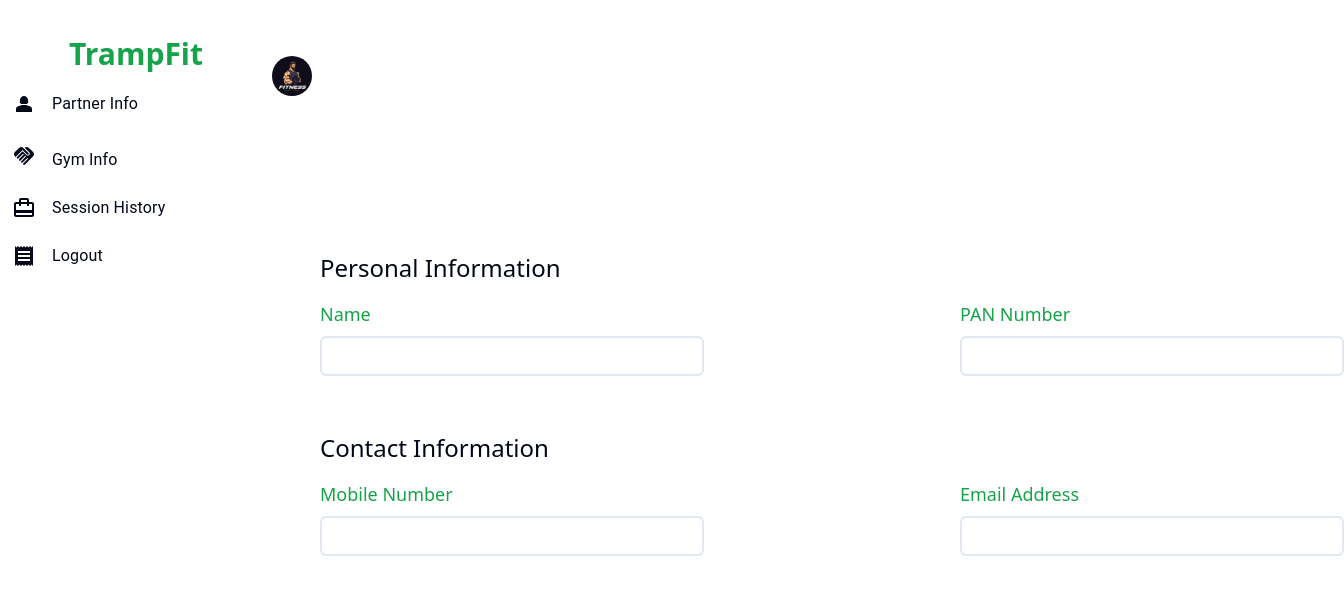
Repository: ezioxatul/TrampFit-Website
Page: /partner/partnerDashboard/partnerInfo (app in Frontend/)
The author's editor kept a copy of each file at every save. The page is drawn from the files as they stood at one save, then again after a run of saves.
The browser window is 1280 px wide. The page is 1344 px wide, so the pictures cover 1344 px, including what lies to the right of the window. The pictures show the whole page.
The project was rebuilt for these pictures with package versions that can differ from the ones it lists, and the page was loaded fresh each time. The framework's server and built-in components were replaced by stand-ins that run in the browser. Also part of the build but not shown: Frontend/next.config.js, Frontend/next.config.mjs, Frontend/components/Loader.js, Frontend/components/Popup.js.

Above is the page before, as saved 2024-05-16 18:12:28.

### Frontend/pages/_app.js
import Loader from "@/components/Loader";
import "@/styles/globals.css";
import { useRouter } from "next/router";
import { useEffect, useState } from "react";


const Loading = () => {

  return (
    <Loader/>
  );
}

export default function App({ Component, pageProps }) {

  const [loading, setLoading] = useState(false);
  const router = useRouter();

  useEffect(() => {
    const handleStart = () => setLoading(true);
    const handleComplete = () => setLoading(false);

    router.events.on('routeChangeStart', handleStart);
    router.events.on('routeChangeComplete', handleComplete);
    router.events.on('routeChangeError', handleComplete);

    return () => {
      router.events.off('routeChangeStart', handleStart);
      router.events.off('routeChangeComplete', handleComplete);
      router.events.off('routeChangeError', handleComplete);
    };
  }, []);

  return (
    <>
    <div className="h-2">
      {
        loading  &&
          <Loading />

      }
      </div>
          <Component {...pageProps} />

    </>
  );
}

### Frontend/pages/_document.js
import { Html, Head, Main, NextScript } from "next/document";

export default function Document() {
  return (
    <Html lang="en">
          <Head />
          <body>
            <Main />
            <NextScript />
          </body>
        </Html>
        );
}

### Frontend/pages/partner/partnerDashboard/partnerInfo.js
import PartnerSideBar from "@/components/PartnerSideBar";
import { Avatar } from "@mui/material";
import { Input } from "@/components/ui/input";
import Image from "next/image";
import { Label } from "@/components/ui/label";
import { useEffect, useState } from "react";
import { useRouter } from "next/router";
import { ToastContainer, toast } from "react-toastify";

export default function partnerInfo() {
    const inputClassName = "w-96 text-lg border-2";
    const labelClassName = "text-lg text-green-600 font-normal";
    const containerClassName = "ml-80";

    return (
        <>
            <div className="flex flex-col">
                <div className="flex">
                    <PartnerSideBar />
                    <div>

                        <Avatar className="w-36 mx-auto mt-12 h-36 text-6xl bg-black" src="/gymname.png" />
                    </div>
                </div>
                <div className=" mt-[-5rem]">
                    <h1 className={`${containerClassName} text-2xl mb-4`}>Personal Information</h1>
                    <div className={`${containerClassName} flex mb-10`}>
                        <div className="mr-32 space-y-2">
                            <Label htmlFor="name" className={labelClassName}>
                                Name
                            </Label>
                            <Input type="text" className={inputClassName} />
                        </div>
                        <div className="ml-32 space-y-2">
                            <Label htmlFor="panNumber" className={labelClassName}>
                                PAN Number
                            </Label>
                            <Input type="text" className={inputClassName} />
                        </div>
                    </div>
                </div>
                <div>
                    <h1 className={`${containerClassName} text-2xl mb-4 mt-4`}>Contact Information</h1>
                    <div className={`${containerClassName} flex mb-10`}>
                        <div className="mr-32 space-y-2">
                            <Label htmlFor="name" className={labelClassName}>
                                Mobile Number
                            </Label>
                            <Input type="text" className={inputClassName} />
                        </div>
                        <div className="ml-32 space-y-2 mb-10">
                            <Label htmlFor="city" className={labelClassName}>
                                Email Address
                            </Label>
                            <Input type="text" className={inputClassName} />
                        </div>
                        <ToastContainer />
                    </div>
                </div>
            </div>
        </>
    );
}

### Frontend/styles/globals.css
@tailwind base;
@tailwind components;
@tailwind utilities;


@layer base {
  :root {
    --background: 0 0% 100%;
    --foreground: 222.2 84% 4.9%;

    --card: 0 0% 100%;
    --card-foreground: 222.2 84% 4.9%;

    --popover: 0 0% 100%;
    --popover-foreground: 222.2 84% 4.9%;

    --primary: 222.2 47.4% 11.2%;
    --primary-foreground: 210 40% 98%;

    --secondary: 210 40% 96.1%;
    --secondary-foreground: 222.2 47.4% 11.2%;

    --muted: 210 40% 96.1%;
    --muted-foreground: 215.4 16.3% 46.9%;

    --accent: 210 40% 96.1%;
    --accent-foreground: 222.2 47.4% 11.2%;

    --destructive: 0 84.2% 60.2%;
    --destructive-foreground: 210 40% 98%;

    --border: 214.3 31.8% 91.4%;
    --input: 214.3 31.8% 91.4%;
    --ring: 222.2 84% 4.9%;

    --radius: 0.5rem;
  }

  .dark {
    --background: 222.2 84% 4.9%;
    --foreground: 210 40% 98%;

    --card: 222.2 84% 4.9%;
    --card-foreground: 210 40% 98%;

    --popover: 222.2 84% 4.9%;
    --popover-foreground: 210 40% 98%;

    --primary: 210 40% 98%;
    --primary-foreground: 222.2 47.4% 11.2%;

    --secondary: 217.2 32.6% 17.5%;
    --secondary-foreground: 210 40% 98%;

    --muted: 217.2 32.6% 17.5%;
    --muted-foreground: 215 20.2% 65.1%;

    --accent: 217.2 32.6% 17.5%;
    --accent-foreground: 210 40% 98%;

    --destructive: 0 62.8% 30.6%;
    --destructive-foreground: 210 40% 98%;

    --border: 217.2 32.6% 17.5%;
    --input: 217.2 32.6% 17.5%;
    --ring: 212.7 26.8% 83.9%;
  }
}

@layer base {
  * {
    @apply border-border;
  }
  body {
    @apply bg-background text-foreground;
  }
}


.outline_remove:focus{


}
.focus-visible\:ring-offset-2:focus-visible{
  border:none !important;
  outline: none !important;
  border-style: none;
}

### Frontend/components/PartnerSideBar.js
import List from '@mui/material/List';
import ListItemButton from '@mui/material/ListItemButton';
import ListItemText from '@mui/material/ListItemText';
import Person2Icon from '@mui/icons-material/Person2';
import HandshakeIcon from '@mui/icons-material/Handshake';
import CardTravelIcon from '@mui/icons-material/CardTravel';
import ReceiptIcon from '@mui/icons-material/Receipt';
import LogoutIcon from '@mui/icons-material/Logout';

import { useState } from 'react';
import Link from 'next/link';
import Popup from './Popup';
import { useRouter } from 'next/router';

export default function PartnerSideBar() {

    let SideBarHeading = ['Partner Info', 'Gym Info', 'Session History', 'Logout'];

    let router = useRouter();
    let [start, setStart] = useState(false);

    const logout = () => {
        setStart(!start);
    }


    const logoutEvent = () => {
        localStorage.removeItem('partnerToken');
        setStart(false);
        router.push('/partner/partnerLogin')
    }
    return (
        <>
            <div className=" w-72  m-[-8px] p-1  mb-10">
                <Link href="#"><h1 className=' text-green-600 text-3xl font-semibold text-center mt-8 cursor-pointer'>TrampFit</h1></Link>

                <List className='bg-white mt-8 ml-6 space-y-2'>
                    {
                        SideBarHeading.map((text, index) => {
                            return (
                                index === 1 ?
                                    <>

                                        <ListItemButton className=' space-x-4 flex justify-between hover:bg-green-100 hover:rounded-2xl hover:text-green-600'>
                                            <Link href="/partner/partnerDashboard/gymInfo" className='flex space-x-4 '>
                                                <HandshakeIcon className='text-2xl' />
                                                <ListItemText primary={text} />
                                            </Link>
                                        </ListItemButton>

                                    </> :
                                    index === 0 ?
                                        <Link href="/partner/partnerDashboard/partnerInfo">
                                            <ListItemButton className=' space-x-4 hover:bg-green-100 hover:rounded-2xl hover:text-green-600'>
                                                <Person2Icon className='text-2xl' />
                                                <ListItemText primary={text} />
                                            </ListItemButton>
                                        </Link> :
                                        index === 2 ?
                                            <Link href="#">
                                                <ListItemButton className=' space-x-4 hover:bg-green-100 hover:rounded-2xl hover:text-green-600'>
                                                    <CardTravelIcon className='text-2xl' />
                                                    <ListItemText primary={text} />
                                                </ListItemButton>
                                            </Link> :
                                            index === 3 ?
                                                <Link href="#">
                                                    <ListItemButton className=' space-x-4 hover:bg-green-100 hover:rounded-2xl hover:text-green-600'>
                                                        <ReceiptIcon className='text-2xl' />
                                                        <ListItemText primary={text} />
                                                    </ListItemButton>
                                                </Link> :
                                                <ListItemButton className=' space-x-4 hover:bg-green-100 hover:rounded-2xl hover:text-green-600' onClick={logout}>
                                                    <LogoutIcon className='text-2xl' />
                                                    <ListItemText primary={text} />
                                                    <Popup open={start} title={"Do you Really want to Logout?"} cancel="Cancel" logout="Logout" logoutEvent={logoutEvent} cancelEvent={logout} />
                                                </ListItemButton>
                            )
                        })
                    }
                </List>
            </div>
        </>
    );
}

### Frontend/tailwind.config.js
/** @type {import('tailwindcss').Config} */
module.exports = {
  darkMode: ["class"],
  content: [
    './pages/**/*.{js,jsx}',
    './components/**/*.{js,jsx}',
    './app/**/*.{js,jsx}',
    './src/**/*.{js,jsx}',
  ],
  prefix: "",
  theme: {
    container: {
      center: true,
      padding: "2rem",
      screens: {
        "2xl": "1400px",
      },
    },
    extend: {fontFamily: {
      play: ["Play", "sans-serif"],
    },
      colors: {
        border: "hsl(var(--border))",
        input: "hsl(var(--input))",
        ring: "hsl(var(--ring))",
        background: "hsl(var(--background))",
        foreground: "hsl(var(--foreground))",
        primary: {
          DEFAULT: "hsl(var(--primary))",
          foreground: "hsl(var(--primary-foreground))",
        },
        secondary: {
          DEFAULT: "hsl(var(--secondary))",
          foreground: "hsl(var(--secondary-foreground))",
        },
        destructive: {
          DEFAULT: "hsl(var(--destructive))",
          foreground: "hsl(var(--destructive-foreground))",
        },
        muted: {
          DEFAULT: "hsl(var(--muted))",
          foreground: "hsl(var(--muted-foreground))",
        },
        accent: {
          DEFAULT: "hsl(var(--accent))",
          foreground: "hsl(var(--accent-foreground))",
        },
        popover: {
          DEFAULT: "hsl(var(--popover))",
          foreground: "hsl(var(--popover-foreground))",
        },
        card: {
          DEFAULT: "hsl(var(--card))",
          foreground: "hsl(var(--card-foreground))",
        },
      },
      borderRadius: {
        lg: "var(--radius)",
        md: "calc(var(--radius) - 2px)",
        sm: "calc(var(--radius) - 4px)",
      },
      keyframes: {
        "accordion-down": {
          from: { height: "0" },
          to: { height: "var(--radix-accordion-content-height)" },
        },
        "accordion-up": {
          from: { height: "var(--radix-accordion-content-height)" },
          to: { height: "0" },
        },
      },
      animation: {
        "accordion-down": "accordion-down 0.2s ease-out",
        "accordion-up": "accordion-up 0.2s ease-out",
      },
    },
  },
  plugins: [require("tailwindcss-animate")],
}

Loaded but not shown: Frontend/components/ui/input.jsx (common file); Frontend/components/ui/label.jsx (common file); Frontend/lib/utils.js (common file)

After the next 3 saves:
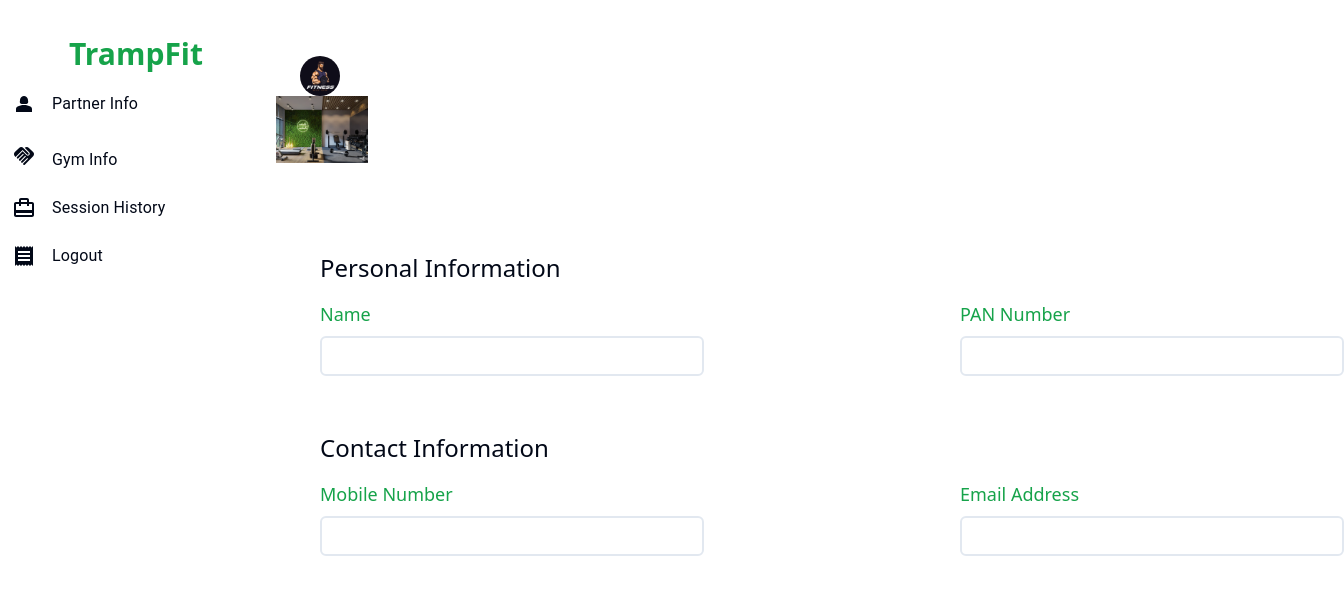
The 3 saves are shown as one change because 2 did not build or start.
The last was saved 2 min 50 s later.
--- a/Frontend/pages/partner/partnerDashboard/partnerInfo.js
+++ b/Frontend/pages/partner/partnerDashboard/partnerInfo.js
@@ -18,8 +18,8 @@ export default function partnerInfo() {
                 <div className="flex">
                     <PartnerSideBar />
                     <div>
-
                         <Avatar className="w-36 mx-auto mt-12 h-36 text-6xl bg-black" src="/gymname.png" />
+                        <Image src="/gymInfo.png" width={96} height={36} ></Image>
                     </div>
                 </div>
                 <div className=" mt-[-5rem]">
